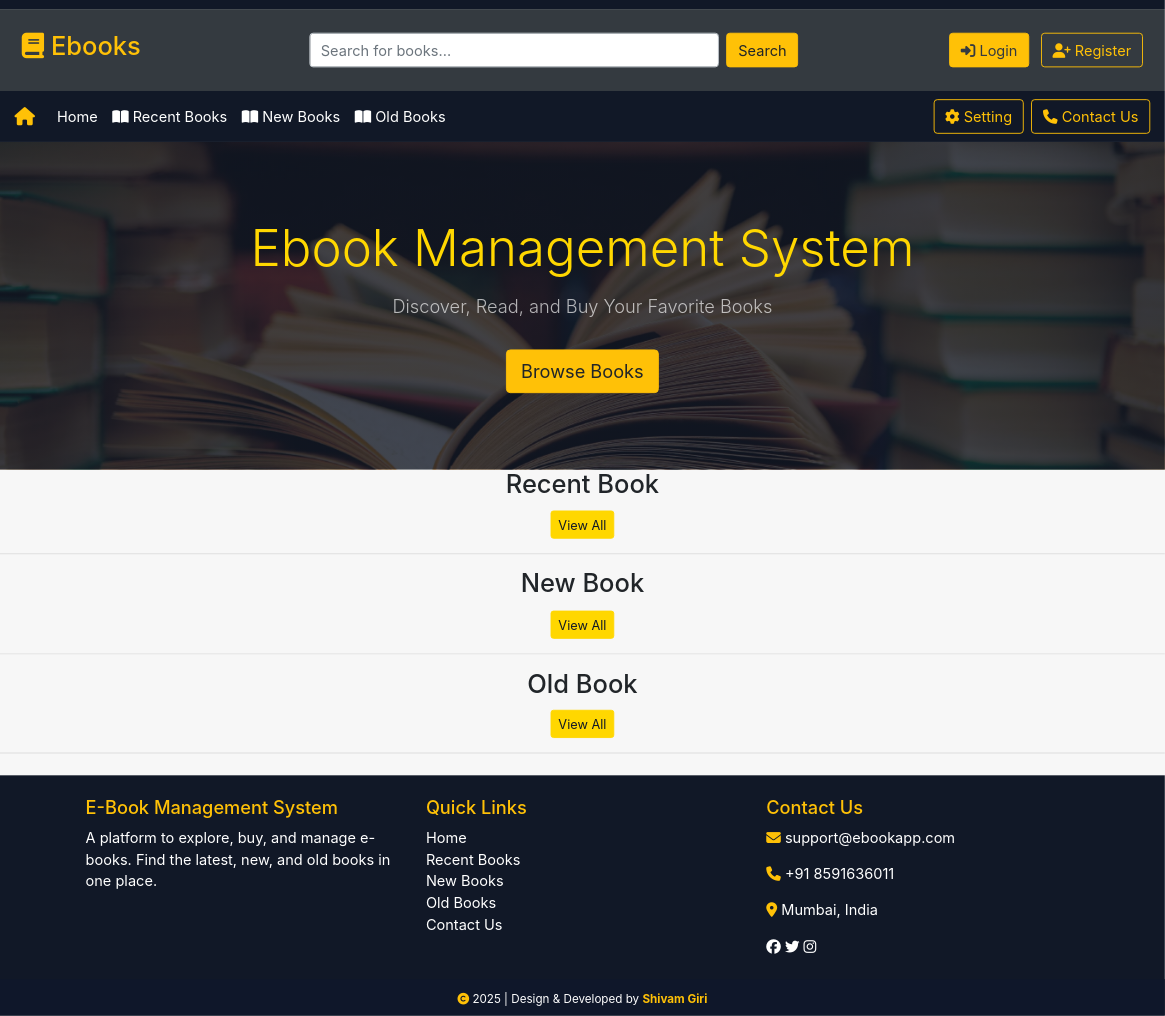
Repository: ShivammGiri29/Ebook
Page: http://localhost/Ebook-App/
The author's editor kept a copy of each file at every save. The page is drawn from the files as they stood at one save, then again after the next save.
The browser window is 1280 px wide. The pictures show the whole page, at 91% of full size.
Some web libraries are served in a nearby version. The page is served by Tomcat 9. Other server files are loaded and not shown. Queries for data that is not in the repository find no rows.

Above is the page before, as saved 2025-09-15 02:37:32.

### Ebook-App/src/main/webapp/index.jsp
<%@page import="com.entity.user"%>
<%@page import="com.entity.BookDtls"%>
<%@page import="java.util.List"%>
<%@page import="com.DAO.BookDAOImpl"%>
<%@ page language="java" contentType="text/html; charset=UTF-8"
	pageEncoding="UTF-8"%>
<%@ page import="java.sql.Connection"%>
<%@ page import="com.DB.DBConnect"%>

<!DOCTYPE html>
<html>
<head>
<meta charset="UTF-8">
<title>Ebook: Index</title>
<%@include file="all_component/allCss.jsp"%>
<style type="text/css">
.back-img {
    background: url("img/book.webp") center/cover no-repeat;
    height: 50vh;
    position: relative;
}

.back-img::after {
    content: "";
    position: absolute;
    top: 0; left: 0; right: 0; bottom: 0;
    background: rgba(0,0,0,0.5);
}

.ebook-title {
    position: relative;
    font-size: 52px;
    font-weight: bold;
    text-align: center;
    text-transform: uppercase;
    color: #fff; /* white text */
    text-shadow: 0 0 10px #ff3c3c, 0 0 20px #ff3c3c, 0 0 40px #ff0000;
    animation: glow 2s infinite alternate;
    z-index: 1;
}

@keyframes glow {
    from {
        text-shadow: 0 0 5px #ff3c3c, 0 0 10px #ff5e5e, 0 0 20px #ff7e7e;
    }
    to {
        text-shadow: 0 0 20px #ff0000, 0 0 30px #ff3333, 0 0 60px #ff6666;
    }
}
.btn-premium {
    background-color: #FFD700; /* Gold */
    color: #111827;            /* Dark text for contrast */
    border: 1px solid #FFD700;
    transition: all 0.3s;
}

.btn-premium:hover {
    background-color: transparent;
    color: #FFD700;
    border: 1px solid #FFD700;
}


.crd-ho:hover {
	background-color: #fcf7f7;
}
</style>
</head>

<body style="background-color: #f7f7f7;">

	<%
	user u = (user) session.getAttribute("userobj");
	%>


	<%@include file="all_component/nav.jsp"%>
	<!-- Hero Section -->
<div class="container-fluid" style="background: linear-gradient(rgba(17,24,39,0.8), rgba(17,24,39,0.8)), url('img/book.webp') center/cover no-repeat; height: 50vh;">
    <div class="d-flex flex-column justify-content-center align-items-center h-100 text-center text-white">
        <h1 class="display-4 fw-bold" style="color: #FFD700;">Ebook Management System</h1>
        <p class="lead mt-2" style="color: #ffffffaa;">Discover, Read, and Buy Your Favorite Books</p>
        <a href="all_recent_book.jsp" class="btn btn-warning btn-lg mt-3">Browse Books</a>
    </div>
</div>

	<!-- RECENT BOOK -->
	<div class="container-fluid">
		<h3 class="text-center">Recent Book</h3>
		<div class="row">
			<%
			BookDAOImpl dao2 = new BookDAOImpl(DBConnect.getConn());
			List<BookDtls> list2 = dao2.getRecentBook();
			for (BookDtls b : list2) {
			%>
			<div class="col-md-3">
				<div class="card crd-ho">
					<div class="card-body text-center">
						<img alt="" src="Book/<%=b.getPhotoName()%>"
							style="width: 150px; height: 200px;" class="img-thumbnail">
						<p><%=b.getBookName()%></p>
						<p><%=b.getAuthor()%></p>
						<p>
							Categories:
							<%=b.getBookCategory()%></p>

						<%
						if (b.getBookCategory().equals("Old")) {
						%>
						<div class="text-center mt-2">
							<a href="view_books.jsp?bid=<%=b.getBookId()%>" class="btn btn-success btn-sm mx-1">View Details</a> <a
								href="" class="btn btn-warning btn-sm mx-1"> <i
								class="fa-solid fa-indian-rupee-sign"></i> <%=b.getPrice()%>
							</a>
						</div>
						<%
						} else {
						%>
						<div class="text-center mt-2">
							<%
							if (u == null) {
							%>
							<a href="login.jsp" class="btn btn-danger btn-sm mx-1"> <i
								class="fa-solid fa-cart-plus"></i> Add Cart
							</a>

							<%
							} else {
							%>
							<a href="cart?bid=<%=b.getBookId()%>&&uid=<%=u.getId()%>"
								class="btn btn-danger btn-sm mx-1"> <i
								class="fa-solid fa-cart-plus"></i> Add Cart
							</a>
							<%
							}
							%>

							<a href="view_books.jsp?bid=<%=b.getBookId()%>"
								class="btn btn-success btn-sm mx-1">View Details</a> <a href=""
								class="btn btn-warning btn-sm mx-1"> <i
								class="fa-solid fa-indian-rupee-sign"></i> <%=b.getPrice()%>
							</a>
						</div>
						<%
						}
						%>
					</div>
				</div>
			</div>
			<%
			}
			%>
		</div>
		<div class="text-center mt-1">
			<a href="all_recent_book.jsp" class="btn btn-premium btn-sm">View All</a>

		</div>
	</div>

	<hr>
	<!-- END OF RECENT BOOKS -->

	<!-- NEW BOOK -->
	<div class="container-fluid">
		<h3 class="text-center">New Book</h3>
		<div class="row">

			<%
			BookDAOImpl dao = new BookDAOImpl(DBConnect.getConn());
			List<BookDtls> list = dao.getNewBook();
			for (BookDtls b : list) {
			%>
			<div class="col-md-3">
				<div class="card crd-ho">
					<div class="card-body text-center">
						<img alt="" src="Book/<%=b.getPhotoName()%>"
							style="width: 150px; height: 200px;" class="img-thumbnail">
						<p><%=b.getBookName()%></p>
						<p><%=b.getAuthor()%></p>
						<p>
							Categories:
							<%=b.getBookCategory()%></p>

						<div class="text-center mt-2">
							<%
							if (u == null) {
							%>
							<a href="login.jsp" class="btn btn-danger btn-sm mx-1"> <i
								class="fa-solid fa-cart-plus"></i> Add Cart
							</a>

							<%
							} else {
							%>
							<a href="cart?bid=<%=b.getBookId()%>&&uid=<%=u.getId()%>"
								class="btn btn-danger btn-sm mx-1"> <i
								class="fa-solid fa-cart-plus"></i> Add Cart
							</a>
							<%
							}
							%>

							<a href="view_books.jsp?bid=<%=b.getBookId()%>"
								class="btn btn-success btn-sm mx-1">View Details</a> <a href=""
								class="btn btn-warning btn-sm mx-1"> <i
								class="fa-solid fa-indian-rupee-sign"></i> <%=b.getPrice()%>
							</a>
						</div>

					</div>
				</div>
			</div>
			<%
			}
			%>

		</div>
		<div class="text-center mt-1">
			<a href="all_recent_book.jsp" class="btn btn-premium btn-sm">View All</a>
		</div>
	</div>

	<hr>
	<!-- END OF NEW BOOKS -->
	<!-- OLD BOOK -->
	<div class="container-fluid">
		<h3 class="text-center">Old Book</h3>
		<div class="row">
			<%
			BookDAOImpl dao3 = new BookDAOImpl(DBConnect.getConn());
			List<BookDtls> list3 = dao3.getOldBooks();

			for (BookDtls b : list3) {
			%>
			<div class="col-md-3">
				<div class="card crd-ho">
					<div class="card-body text-center">
						<img alt="" src="Book/<%=b.getPhotoName()%>"
							style="width: 150px; height: 200px;" class="img-thumbnail">
						<p><%=b.getBookName()%></p>
						<p><%=b.getAuthor()%></p>
						<p>
							Categories:
							<%=b.getBookCategory()%></p>

						<div class="text-center mt-2">
							<a href="view_books.jsp?bid=<%=b.getBookId()%>"
								class="btn btn-success btn-sm mx-1">View Details</a> <a href=""
								class="btn btn-warning btn-sm mx-1"> <i
								class="fa-solid fa-indian-rupee-sign"></i><%=b.getPrice()%>
							</a>
						</div>

					</div>
				</div>
			</div>
			<%
			}
			%>
		</div>
		<div class="text-center mt-1">
			<a href="all_recent_book.jsp" class="btn btn-premium btn-sm">View All</a>

		</div>
	</div>
	<hr>

	<!-- END OF OLD BOOKS -->





	<%@include file="all_component/footer.jsp"%>
</body>
</html>

### Ebook-App/src/main/webapp/all_component/allCss.jsp
<link rel="stylesheet"
	href="https://cdn.jsdelivr.net/npm/bootstrap@4.0.0/dist/css/bootstrap.min.css"
	integrity="sha384-Gn5384xqQ1aoWXA+058RXPxPg6fy4IWvTNh0E263XmFcJlSAwiGgFAW/dAiS6JXm"
	crossorigin="anonymous">
<script src="https://code.jquery.com/jquery-3.2.1.slim.min.js"
	integrity="sha384-KJ3o2DKtIkvYIK3UENzmM7KCkRr/rE9/Qpg6aAZGJwFDMVNA/GpGFF93hXpG5KkN"
	crossorigin="anonymous"></script>
<script
	src="https://cdn.jsdelivr.net/npm/popper.js@1.12.9/dist/umd/popper.min.js"
	integrity="sha384-ApNbgh9B+Y1QKtv3Rn7W3mgPxhU9K/ScQsAP7hUibX39j7fakFPskvXusvfa0b4Q"
	crossorigin="anonymous"></script>
<script
	src="https://cdn.jsdelivr.net/npm/bootstrap@4.0.0/dist/js/bootstrap.min.js"
	integrity="sha384-JZR6Spejh4U02d8jOt6vLEHfe/JQGiRRSQQxSfFWpi1MquVdAyjUar5+76PVCmYl"
	crossorigin="anonymous"></script>
<link rel="stylesheet"
	href="https://cdnjs.cloudflare.com/ajax/libs/font-awesome/6.7.2/css/all.min.css"
	integrity="sha512-Evv84Mr4kqVGRNSgIGL/F/aIDqQb7xQ2vcrdIwxfjThSH8CSR7PBEakCr51Ck+w+/U6swU2Im1vVX0SVk9ABhg=="
	crossorigin="anonymous" referrerpolicy="no-referrer" />

<link rel="stylesheet" href="all_component/style.css">

### Ebook-App/src/main/webapp/all_component/nav.jsp
<%@ taglib prefix="c" uri="http://java.sun.com/jsp/jstl/core"%>
<%@page isELIgnored="false"%>

<!-- Top Thin Bar -->
<div class="container-fluid" style="height: 10px; background-color: #111827;"></div>

<!-- Logo + Search + User Section -->
<div class="container-fluid p-4 bg-dark text-white shadow-sm">
  <div class="row align-items-center">

    <!-- Logo -->
    <div class="col-md-3 text-warning">
      <h3>
        <i class="fa-solid fa-book"></i> Ebooks
      </h3>
    </div>

    <!-- Search -->
    <div class="col-md-6">
      <form class="form-inline my-2 my-lg-0" action="search.jsp" method="post">
        <input class="form-control mr-sm-2 w-75" type="search" name="ch"
          placeholder="Search for books..." aria-label="Search">
        <button class="btn btn-warning my-2 my-sm-0" type="submit">Search</button>
      </form>
    </div>

    <!-- User Section -->
    <c:if test="${not empty userobj}">
      <div class="col-md-3 text-right">
        <a href="checkout.jsp" class="btn btn-outline-warning mr-2">
          <i class="fa-solid fa-cart-plus"></i>
        </a>
        <a href="#" class="btn btn-warning text-dark mr-2">
          <i class="fa-solid fa-user"></i> ${userobj.name}
        </a>
        <a href="logout" class="btn btn-danger text-white">
          <i class="fa-solid fa-right-to-bracket"></i> Logout
        </a>
      </div>
    </c:if>

    <c:if test="${empty userobj}">
      <div class="col-md-3 text-right">
        <a href="login.jsp" class="btn btn-warning text-dark mr-2">
          <i class="fa-solid fa-right-to-bracket"></i> Login
        </a>
        <a href="register.jsp" class="btn btn-outline-warning">
          <i class="fa-solid fa-user-plus"></i> Register
        </a>
      </div>
    </c:if>
  </div>
</div>

<!-- Navbar -->
<nav class="navbar navbar-expand-lg" style="background-color: #111827;">
  <a class="navbar-brand text-warning" href="#"><i class="fa-solid fa-house"></i></a>
  <button class="navbar-toggler text-white" type="button" data-toggle="collapse"
    data-target="#navbarSupportedContent" aria-controls="navbarSupportedContent"
    aria-expanded="false" aria-label="Toggle navigation">
    <span class="navbar-toggler-icon"></span>
  </button>

  <div class="collapse navbar-collapse" id="navbarSupportedContent">
    <ul class="navbar-nav mr-auto">
      <li class="nav-item"><a class="nav-link text-white" href="index.jsp">Home</a></li>
      <li class="nav-item"><a class="nav-link text-white" href="all_recent_book.jsp"><i class="fa-solid fa-book-open"></i> Recent Books</a></li>
      <li class="nav-item"><a class="nav-link text-white" href="all_new_book.jsp"><i class="fa-solid fa-book-open"></i> New Books</a></li>
      <li class="nav-item"><a class="nav-link text-white" href="all_old_book.jsp"><i class="fa-solid fa-book-open"></i> Old Books</a></li>
    </ul>
    <form class="form-inline my-2 my-lg-0">
      <a href="setting.jsp" class="btn btn-outline-warning my-2 my-sm-0">
        <i class="fa-solid fa-gear"></i> Setting
      </a>
      <a href="helpline.jsp" class="btn btn-outline-warning my-2 my-sm-0 ml-2">
        <i class="fa-solid fa-phone"></i> Contact Us
      </a>
    </form>
  </div>
</nav>

<!-- Custom Hover Style -->
<style>
  .navbar a.nav-link:hover {
    color: #FBBF24 !important; /* Gold hover */
  }
  .navbar-brand:hover {
    color: #FFD700 !important; /* Premium Gold */
  }
</style>

### Ebook-App/src/main/webapp/all_component/footer.jsp
<footer class="text-white mt-4" style="background-color: #111827;">
  <div class="container p-4">
    <div class="row">

      <!-- About Section -->
      <div class="col-md-4">
        <h5 class="text-warning">E-Book Management System</h5>
        <p>
          A platform to explore, buy, and manage e-books.
          Find the latest, new, and old books in one place.
        </p>
      </div>

      <!-- Quick Links -->
      <div class="col-md-4">
        <h5 class="text-warning">Quick Links</h5>
        <ul class="list-unstyled">
          <li><a href="index.jsp" class="text-white text-decoration-none">Home</a></li>
          <li><a href="all_recent_book.jsp" class="text-white text-decoration-none">Recent Books</a></li>
          <li><a href="all_new_book.jsp" class="text-white text-decoration-none">New Books</a></li>
          <li><a href="all_old_book.jsp" class="text-white text-decoration-none">Old Books</a></li>
          <li><a href="helpline.jsp" class="text-white text-decoration-none">Contact Us</a></li>
        </ul>
      </div>

      <!-- Contact & Social -->
      <div class="col-md-4">
        <h5 class="text-warning">Contact Us</h5>
        <p><i class="fa-solid fa-envelope text-warning"></i> support@ebookapp.com</p>
        <p><i class="fa-solid fa-phone text-warning"></i> +91 8591636011</p>
        <p><i class="fa-solid fa-location-dot text-warning"></i> Mumbai, India</p>

        <!-- Social Media Icons -->
        <a href="#" class="text-white me-3"><i class="fa-brands fa-facebook"></i></a>
        <a href="#" class="text-white me-3"><i class="fa-brands fa-twitter"></i></a>
        <a href="#" class="text-white me-3"><i class="fa-brands fa-instagram"></i></a>
      </div>
    </div>
  </div>

  <!-- Bottom Bar -->
  <div class="text-center p-2" style="background-color: #0f172a;">
    <small>
      <i class="fa-solid fa-copyright text-warning"></i>
      <%= java.time.Year.now() %> | Design & Developed by <b class="text-warning">Shivam Giri</b>
    </small>
  </div>
</footer>

<style>
  footer a:hover {
    color: #FBBF24 !important; /* Gold hover */
  }
  footer i.fa-brands:hover {
    color: #FFD700 !important; /* Bright premium gold */
  }
</style>

### Ebook-App/src/main/java/com/DAO/BookDAO.java
package com.DAO;

import java.util.ArrayList;
import java.util.List;

import com.entity.BookDtls;

public interface BookDAO {
	public boolean addBooks(BookDtls b);
	public List<BookDtls> getAllBooks();
	public BookDtls getBookById(int id);
	public boolean updateEditBooks(BookDtls b);
	public boolean deleteBooks(int id);
	public List<BookDtls> getNewBook();
	public List<BookDtls> getRecentBook();
	public List<BookDtls> getOldBooks();
	public List <BookDtls> getAllRecentBooks();
	public List <BookDtls> getAllNewBooks();
	public List <BookDtls> getAllOldBooks();
	public List<BookDtls> getBookByOld(String email,String cate);
	public boolean oldBookDelete(String email,String cat,int id);
	public  List<BookDtls> getBookBySearch(String ch);





}

### Ebook-App/src/main/java/com/DB/DBConnect.java
package com.DB;

import java.sql.Connection;
import java.sql.DriverManager;

public class DBConnect {
	private static Connection conn;

	public static Connection getConn() {
		try {
			Class.forName("com.mysql.cj.jdbc.Driver");
			conn=DriverManager.getConnection("jdbc:mysql://localhost:3306/ebook","root","Shivam@143");

		} catch (Exception e) {
			e.printStackTrace();
		}
		return conn;
	}

}

### Ebook-App/src/main/webapp/all_component/style.css
.bg-custom{
	background-color:#303f9f;
}
.navbar .nav-item:hover .nav-link{
	background-color:white;
	color:black;
	border-radius:15px;
}

Loaded but not shown: Ebook-App/src/main/java/com/DAO/BookDAOImpl.java (408 lines, source omitted)

After the next save:
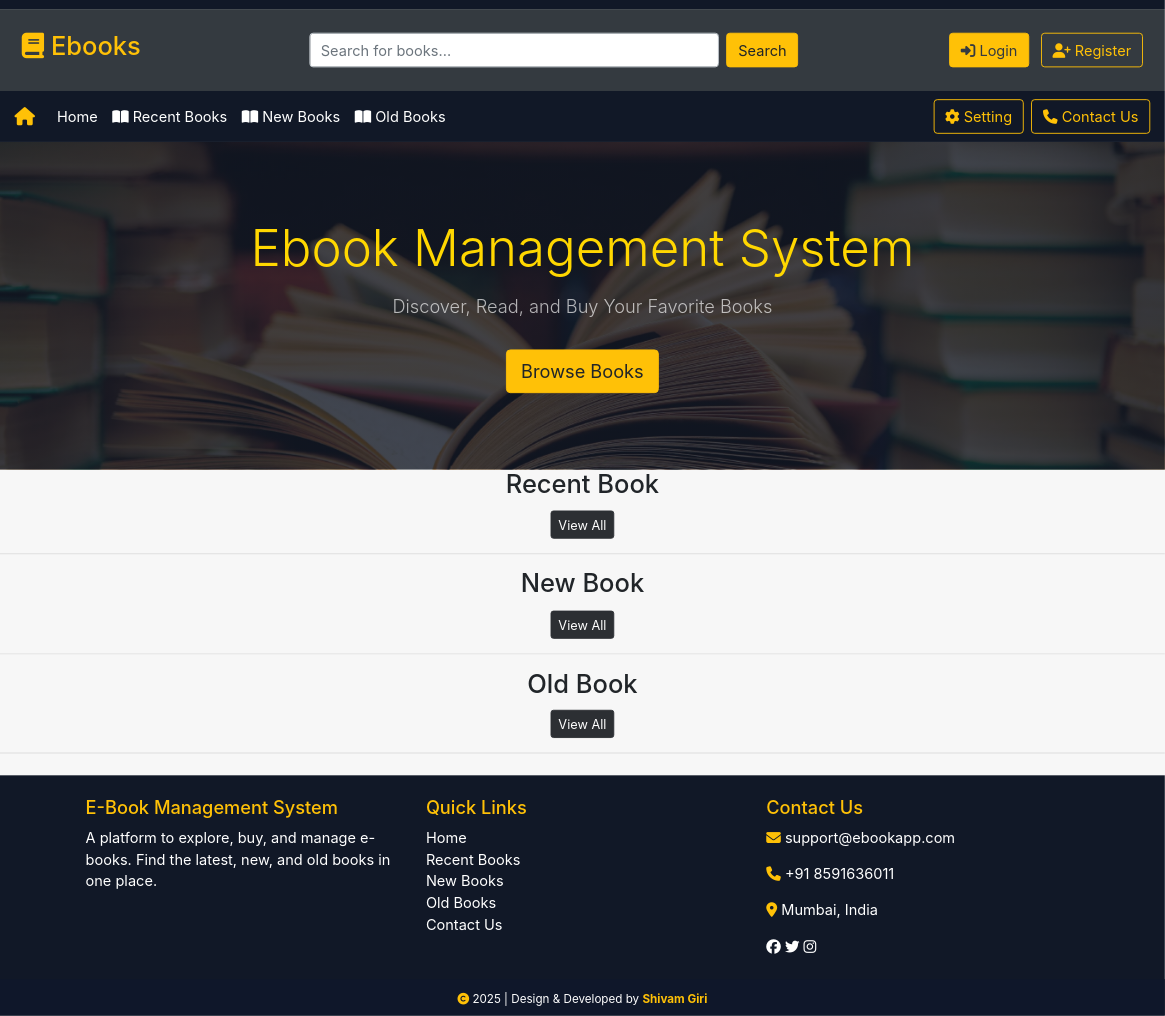
Saved 80 s later.
--- a/Ebook-App/src/main/webapp/index.jsp
+++ b/Ebook-App/src/main/webapp/index.jsp
@@ -48,17 +48,18 @@
     }
 }
 .btn-premium {
-    background-color: #FFD700; /* Gold */
-    color: #111827;            /* Dark text for contrast */
-    border: 1px solid #FFD700;
+    background-color: #2c2f33; /* Dark charcoal */
+    color: #fff;               /* White text */
+    border: 1px solid #2c2f33;
     transition: all 0.3s;
 }
 
 .btn-premium:hover {
     background-color: transparent;
-    color: #FFD700;
-    border: 1px solid #FFD700;
-}
+    color: #2c2f33;
+    border: 1px solid #2c2f33;
+}
+
 
 
 .crd-ho:hover {
